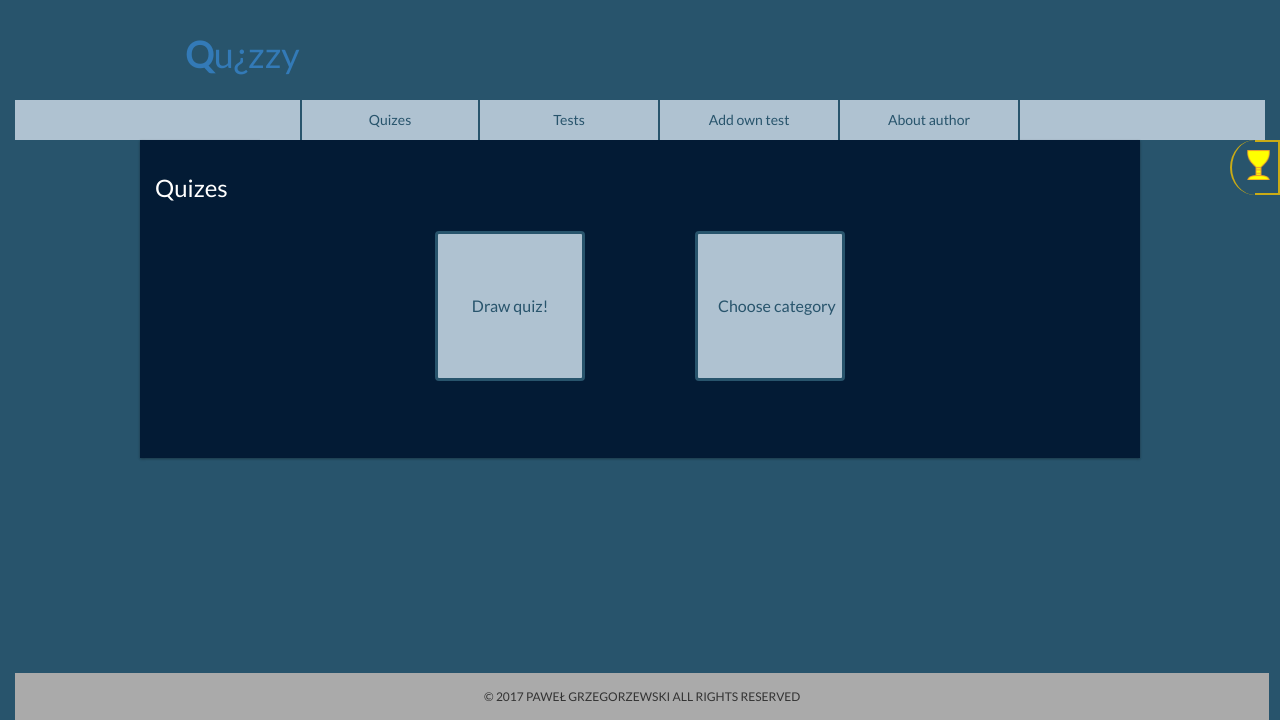
Repository: pgrzegorzewski/quiz
Page: http://localhost/app/quiz.php
The author's editor kept a copy of each file at every save. The page is drawn from the files as they stood at one save, then again after the next save.
The browser window is 1280 px wide. The pictures show the whole page.
Some web libraries are served in a nearby version. The page is run by PHP 8.4 with error messages shown; the project is at /var/www/html/.

Above is the page before, as saved 2017-04-22 13:06:56.

After the next save:
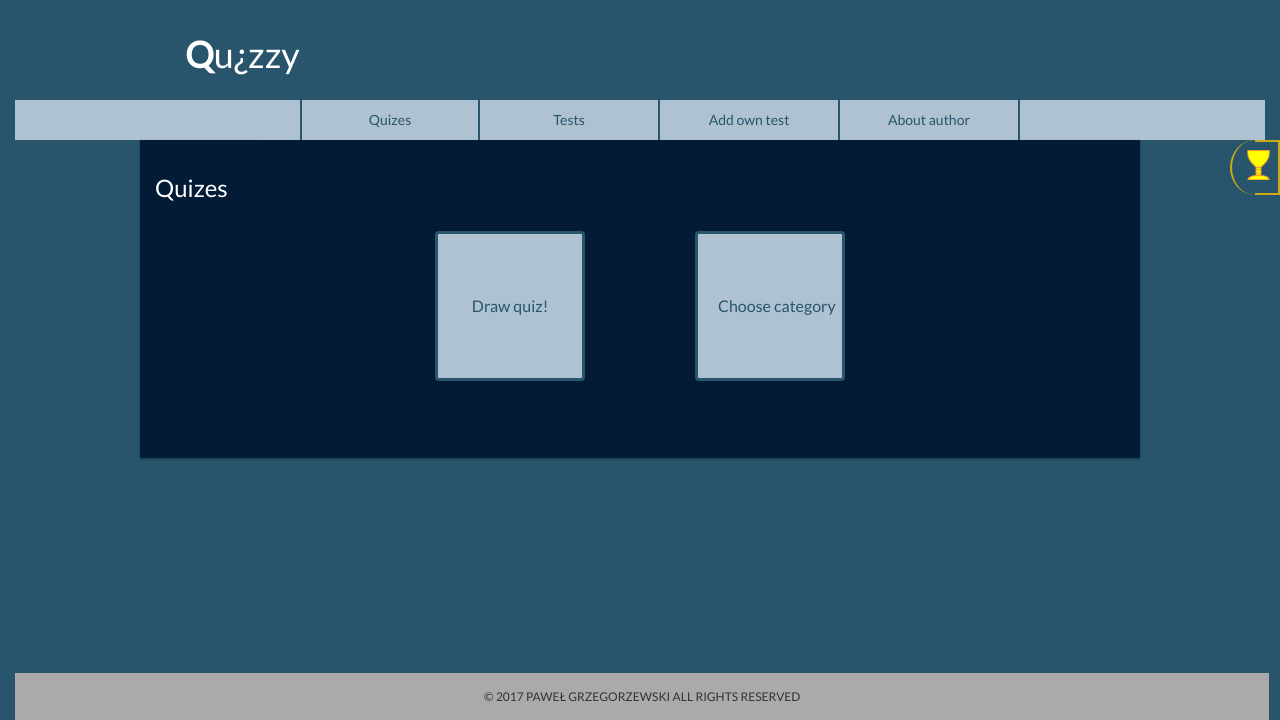
Saved 50 s later.
--- a/htdocs/app/learningapp/css/index.css
+++ b/htdocs/app/learningapp/css/index.css
@@ -10,11 +10,13 @@
 h1 > a
 {
 	text-decoration:none;
+	color: white;
 }
 
 h1 > a:active
 {
 	text-decoration:none;
+	color: white;
 }
 
 img{
